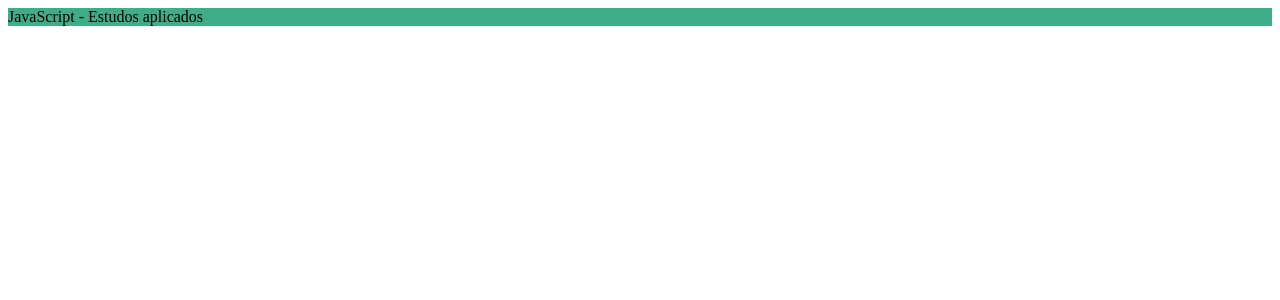
Repository: rvlyra/Js-Estudos-Aplicados
Page: Js - Estudos Aplicados/02-Arrow_Function/index.html
These files come from the project's save history. The page is drawn as it stood at one moment and after the next save; the edit follows.
The browser window is 1280 px wide. The pictures show the whole page.

Above is the page before, as saved 2022-07-05 21:13:47.
Console error: ReferenceError: Cannot access 'menu' before initialization

After the next save:
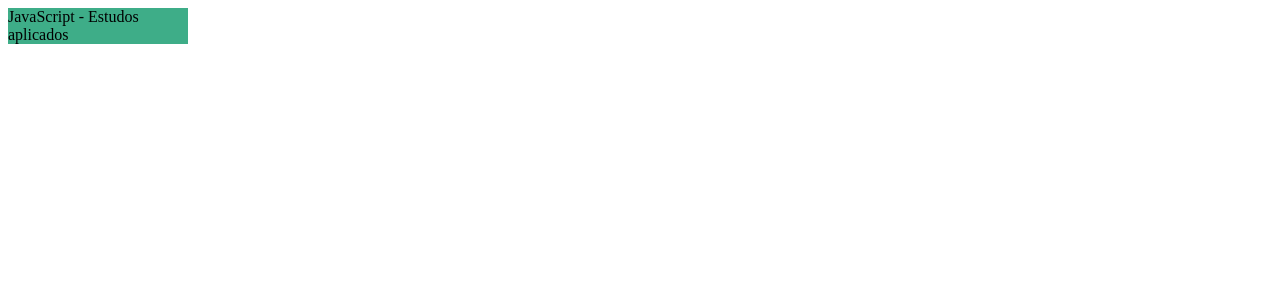
Saved 31 s later.
--- a/Js - Estudos Aplicados/02-Arrow_Function/index.html
+++ b/Js - Estudos Aplicados/02-Arrow_Function/index.html
@@ -9,6 +9,7 @@
     <style>
         .nav-menu {
             background-color: rgb(62, 173, 136);
+            max-width: 180px;
         }
     </style>
 </head>
